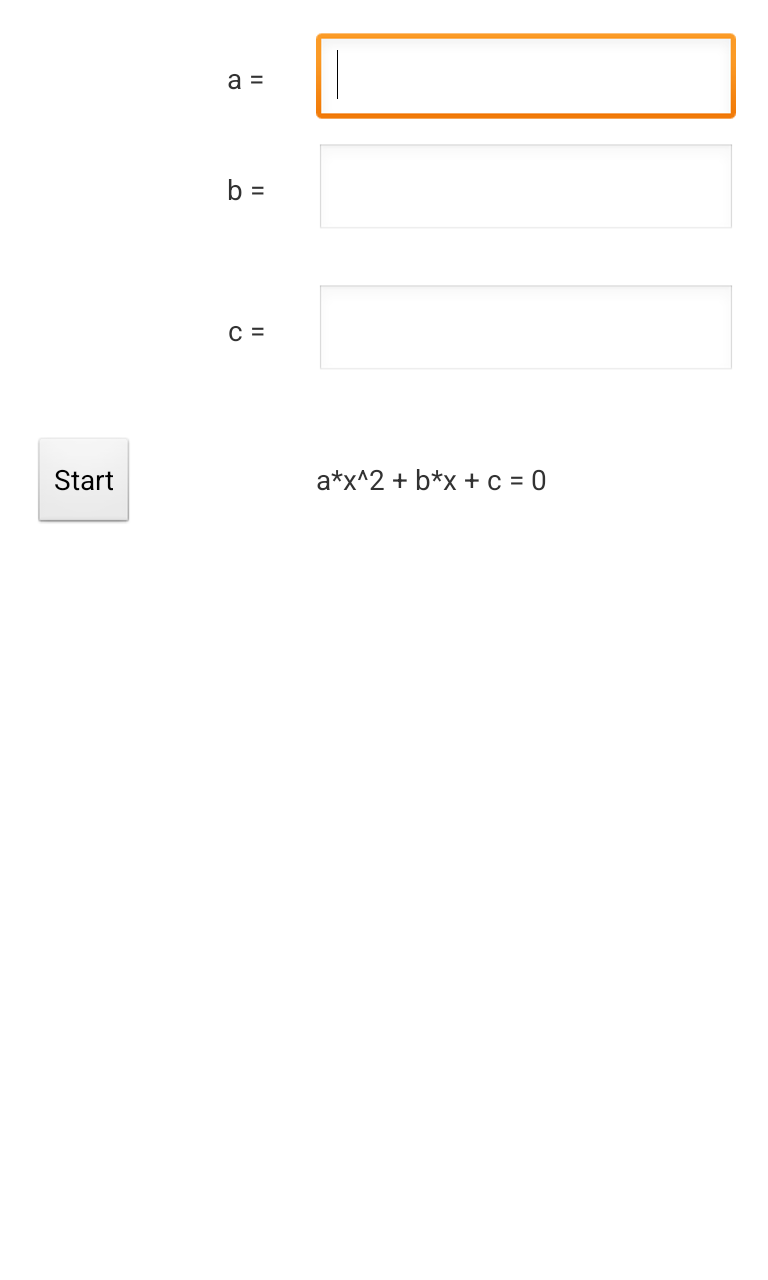
Repository: alexcpp2013/Solving-Quadratic-Equations-Android-Java-C--
Layout: src/Workspace3Cpp/SolvingEquation/res/layout/activity_main.xml
An editor plug-in stored every save of this project. The layout is shown before and after the next save, followed by the edit.
It is drawn on a 768 x 1280 px phone screen (xhdpi) without system bars, with theme AppTheme; the app's code is not run.

Above is the layout before, as saved 2014-02-12 07:54:30.

After the next save:
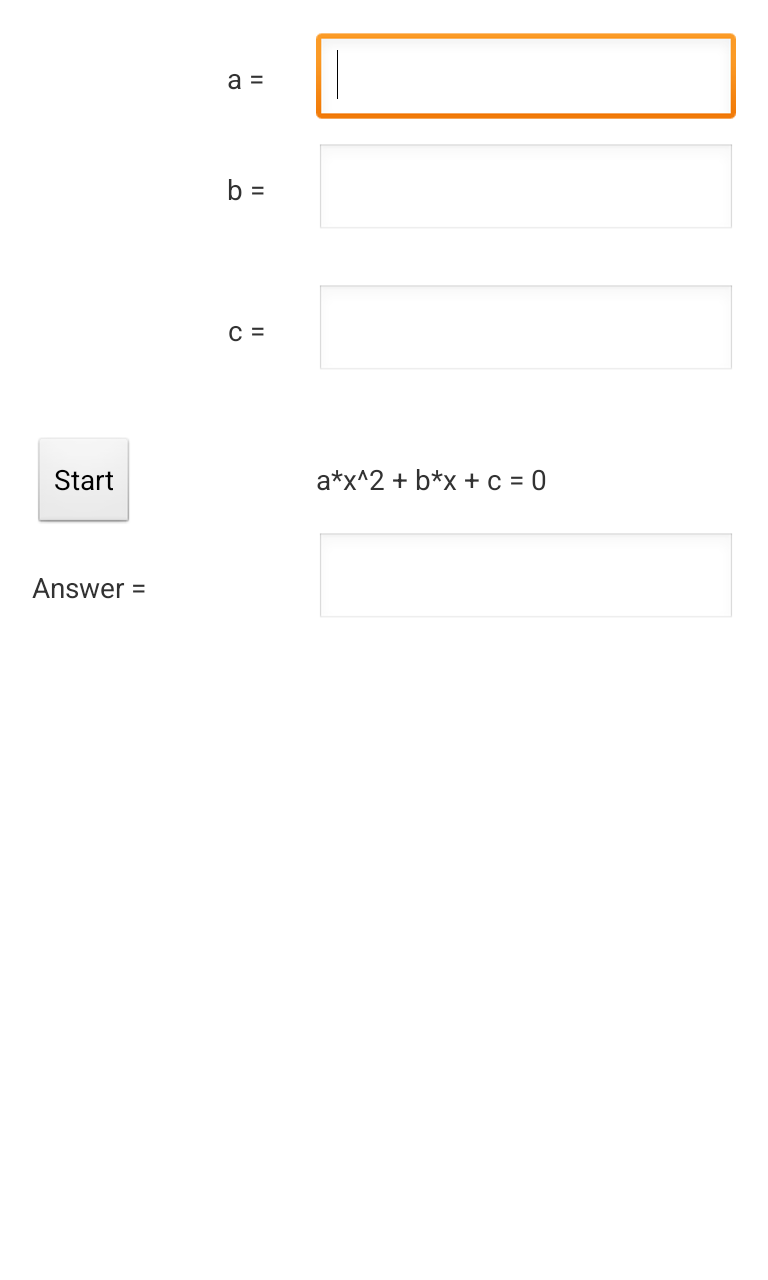
Saved 19 min 11 s later.
--- a/src/Workspace3Cpp/SolvingEquation/res/layout/activity_main.xml
+++ b/src/Workspace3Cpp/SolvingEquation/res/layout/activity_main.xml
@@ -81,4 +81,21 @@
 	    android:layout_alignLeft="@+id/eTc"
 	    android:text="a*x^2 + b*x + c = 0" />
 
+	<TextView
+	    android:id="@+id/textView5"
+	    android:layout_width="wrap_content"
+	    android:layout_height="wrap_content"
+	    android:layout_alignLeft="@+id/bStart"
+	    android:layout_below="@+id/bStart"
+	    android:layout_marginTop="18dp"
+	    android:text="Answer = " />
+
+	<EditText
+	    android:id="@+id/editText1"
+	    android:layout_width="wrap_content"
+	    android:layout_height="wrap_content"
+	    android:layout_alignLeft="@+id/textView4"
+	    android:layout_below="@+id/bStart"
+	    android:ems="10" />
+
 </RelativeLayout>
